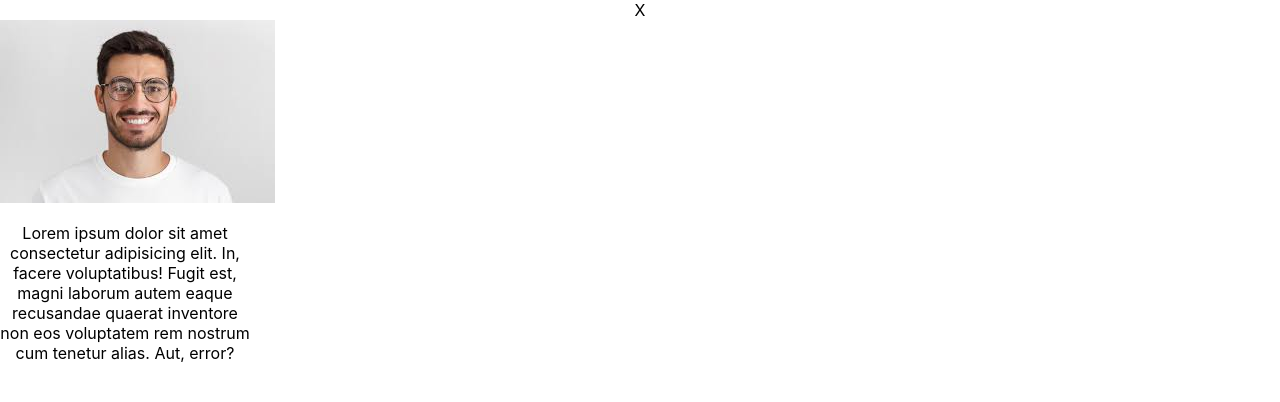
Repository: mikelnorth/team-profile-demo
Page: /
An editor plug-in stored every save of this project. The page is shown before and after the next save, followed by the edit.
The browser window is 1280 px wide. The pictures show the whole page.
The project was rebuilt for these pictures with package versions that can differ from the ones it lists, and the page was loaded fresh each time.

Above is the page before, as saved 2022-05-19 18:27:17.

### src/App.js
import './App.css';
import Card from './components/Card';

function App() {
  return (
    <div className="App">
      <nav>X</nav>

      <main>
        <Card/>
      </main>

    </div>
  );
}

export default App;

### src/components/Card.js
import headshot from "../assets/images/stock-head.jpeg";
import './Card.scss';

export default function Card() {
  return (
    <section className="card">
      <img src={headshot} alt="headshot" />
      <p>
        Lorem ipsum dolor sit amet consectetur adipisicing elit. In, facere
        voluptatibus! Fugit est, magni laborum autem eaque recusandae quaerat
        inventore non eos voluptatem rem nostrum cum tenetur alias. Aut, error?
      </p>
    </section>
  );
}

### src/components/Card.scss
.card {
  width: 250px;

}

Loaded but not shown: public/index.html (common file); src/index.js (common file); src/index.css (common file); src/reportWebVitals.js (common file); src/App.css (common file)

After the next save:
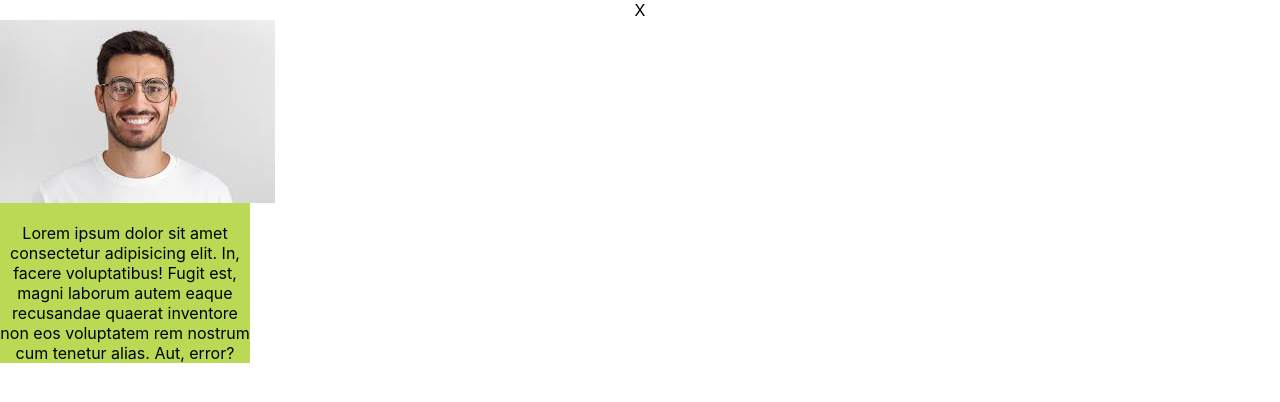
Saved 30 s later.
--- a/src/components/Card.scss
+++ b/src/components/Card.scss
@@ -1,4 +1,4 @@
 .card {
   width: 250px;
-
+  background-color: #bada55;
 }
